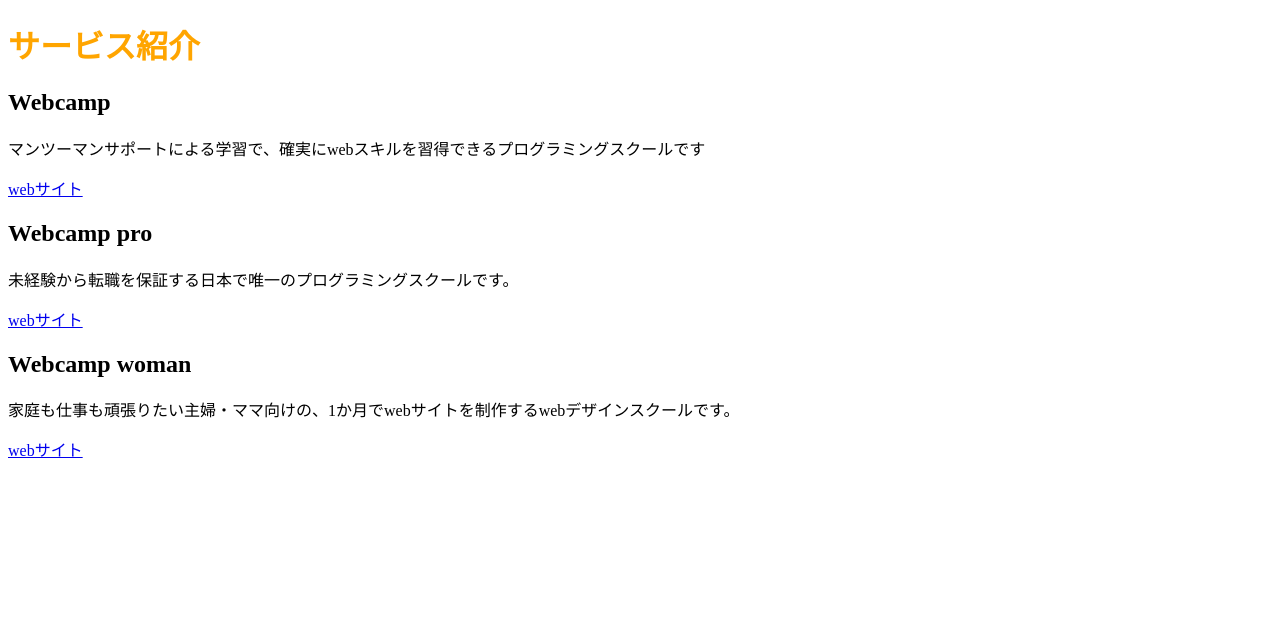
Repository: trmtmy/debug2
Page: sample/sample.html
The author's editor kept a record of every edit. The page is drawn from the files as they stood at one moment, then again after the next edit.
The browser window is 1280 px wide. The pictures show the whole page.

Above is the page before.

### sample/sample.html
<!DOCTYPE HTML>
<html lang="ja">
  <head>
    <meta charset="UTF-8" />
    <title>初めてのHTML</title>

      <link rel="stylesheet" href="style.css" />

  </head>

  <body>
    <h1>サービス紹介</h1>

    <h2>Webcamp</h2>
    <p>マンツーマンサポートによる学習で、確実にwebスキルを習得できるプログラミングスクールです</p>

    <a href="https://web-camp.io/commit/lp/jobchange6/?argument=lndrcWsV&dmai=a62b121d0aed38&utm_source=cpc-yahoo&utm_medium=commit-unspecified-brand&utm_term=dmm%20web%20camp_e&yclid=YSS.1001240715.EAIaIQobChMIz4WIlITr_gIVlMVMAh2InwhLEAAYASAAEgLkOvD_BwE">webサイト</a>

    <h2>Webcamp pro</h2>

    <p>未経験から転職を保証する日本で唯一のプログラミングスクールです。</p>

    <a href="https://web-camp.io/commit/">webサイト</a>

    <h2>Webcamp woman</h2>

    <p>家庭も仕事も頑張りたい主婦・ママ向けの、1か月でwebサイトを制作するwebデザインスクールです。</p>

    <a href="https://web-camp.io/commit/bootcamp/">webサイト</a>



  </body>
</html>

Loaded but not shown: sample/style.css (common file)

After the next edit:
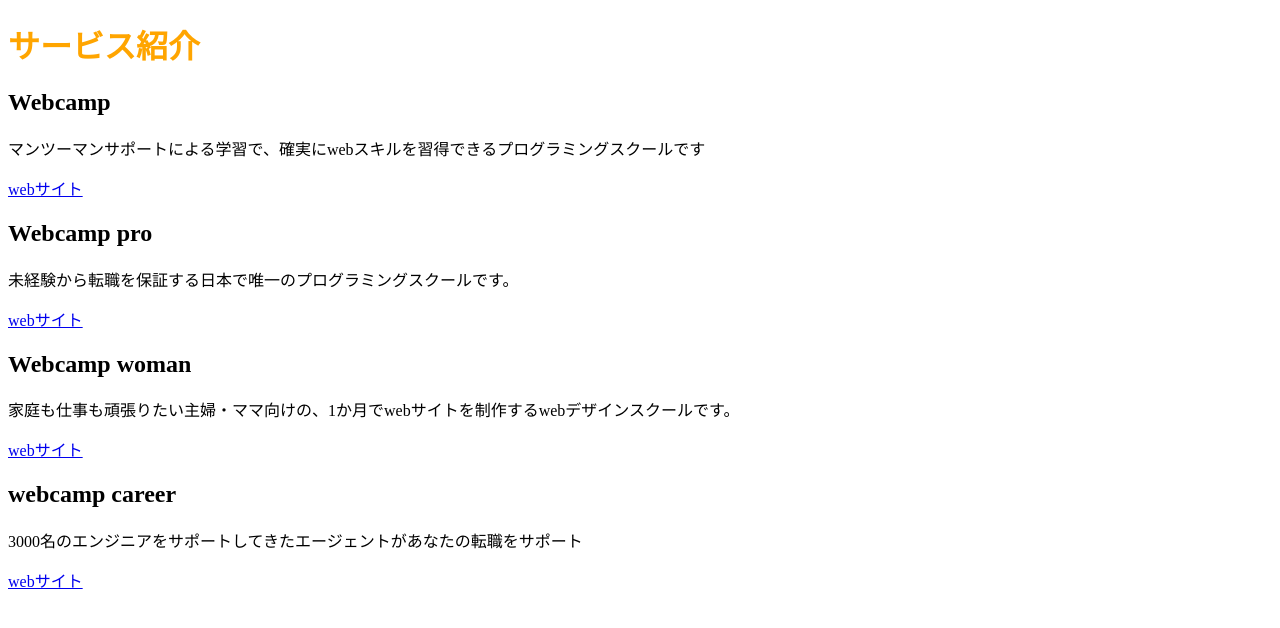
The edit:
--- a/sample/sample.html
+++ b/sample/sample.html
@@ -28,7 +28,11 @@
 
     <a href="https://web-camp.io/commit/bootcamp/">webサイト</a>
 
+    <h2>webcamp career</h2>
 
+    <p>3000名のエンジニアをサポートしてきたエージェントがあなたの転職をサポート</p>
+
+    <a href="https://web-camp.io/commit/career/">webサイト</a>
 
   </body>
 </html>
